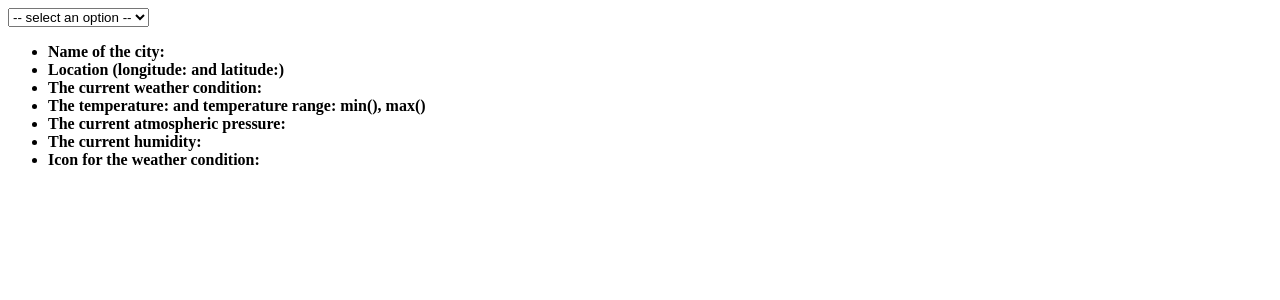
Repository: pesca506/Weather-Station-Test
Page: http://localhost/WeatherStationTest/WEB-INF/JSP/WeatherStationView.jsp
An editor plug-in stored every save of this project. The page is shown before and after the next save, followed by the edit.
The browser window is 1280 px wide. The pictures show the whole page.
The page is served by Tomcat 9. Nobody is signed in. Other server files are loaded and not shown. The template is opened directly, without the code that normally fills it, so the values that code supplies are empty.

Above is the page before, as saved 2015-06-09 01:12:07.

### WeatherStationTest/Web/WEB-INF/JSP/WeatherStationView.jsp
<%@ page language="java" contentType="text/html; charset=UTF-8" pageEncoding="UTF-8"%>
<%@ taglib prefix="c" uri="http://java.sun.com/jsp/jstl/core"%>
<%@ taglib prefix="form" uri="http://www.springframework.org/tags/form"%>
<!DOCTYPE html>
<html>
<head>
<meta http-equiv="Content-Type" content="text/html; charset=UTF-8">

<script type="text/javascript" src='<c:url value="/libs/jQuery/jquery1.0.8.min.js"></c:url>'></script>
<script type="text/javascript" src='<c:url value="/general/js/constant/Constant.js"></c:url>'></script>
<script type="text/javascript" src='<c:url value="/views/WeatherStationView/js/WeatherStationViewModel.js"></c:url>'></script>
<script type="text/javascript" src='<c:url value="/views/WeatherStationView/js/WeatherStationViewController.js"></c:url>'></script>
<script type="text/javascript" src='<c:url value="/views/WeatherStationView/js/WeatherStationView.js"></c:url>'></script>
<link href='<c:url value="/views/WeatherStationView/css/WeatherStationView.css"></c:url>' rel="stylesheet">

<title>WeatherStationView</title>
</head>
<body>

	<div class="center" >
		<select id="cities">
			<option disabled selected> -- select an option -- </option>
			<option value="london">London</option>
			<option value="luton">Luton</option>
			<option value="manchester">Manchester</option>
			<option value="birmingham">Birmingham</option>
		</select>

		<ul id="detailCity">
			<li>Name of the city: <span id="name"></span></li>
			<li>Location (longitude: <span id="latitude"></span> and latitude:<span id="longitude"></span>)</li>
			<li>The current weather condition: <span id="weatherCondition"></span> </li>
 			<li>The temperature: <span id="temperature"></span> and temperature range: min(<span id="temperature_min"></span>), max(<span id="temperature_max"></span>)</li>
 			<li>The current atmospheric pressure: <span id="atmosphericPressure" ></span></li>
			<li>The current humidity: <span id="humidity"></span></li>
			<li class="iconWeatherCondition">Icon for the weather condition:</li><span><img id="iconWeatherCondition" src=""></span>
		</ul>
	</div>

	<script type="text/javascript">
		$(document).ready(function(){
		  var weatherStationView = new WeatherStationView();
	    });
	</script>

</body>
</html>

### WeatherStationTest/Web/general/js/constant/Constant.js
Constant = {
		server: {
			url: 'http://localhost:8080/WeatherStationTest/'
		}
}

### WeatherStationTest/Web/views/WeatherStationView/js/WeatherStationViewModel.js
var WeatherStationViewModel = function(view){
	this.view = view;

	this.params = {
		urlIcons: 'http://openweathermap.org/img/w/'
	};
	this.services = {
		consultCityWeather: 'consultCityWeather'
	};

	this.consultCityWeather = function(name){
		var model = this;
		$.ajax({
			url: Constant.server.url+this.services.consultCityWeather,
			data:{
				name: name
			},
			type: 'POST',
			dataType: 'json',
			success: function(json){
				var cityJson = $.parseJSON(json);

				$("#name").html(cityJson.name);
				$("#latitude").html(cityJson.coord.lat);
				$("#longitude").html(cityJson.coord.lon);
				if(cityJson.weather[0]){
					$("#weatherCondition").html(cityJson.weather[0].description);
					$('#iconWeatherCondition').attr("src", model.params.urlIcons+cityJson.weather[0].icon+'.png');
				}
				$("#temperature").html(cityJson.main.temp);
				$("#temperature_min").html(cityJson.main.temp_min);
				$("#temperature_max").html(cityJson.main.temp_max);
				$("#atmosphericPressure").html(cityJson.main.humidity);
				$("#humidity").html(cityJson.main.humidity);
			}
		});
	}
}

### WeatherStationTest/Web/views/WeatherStationView/js/WeatherStationViewController.js
var WeatherStationViewController = function(view, model){
	this.view = view;
	this.model = model;

	this.onChangeCity = function(name){
		this.model.consultCityWeather.call(this.model, name);
	}
}

### WeatherStationTest/Web/views/WeatherStationView/js/WeatherStationView.js
var WeatherStationView = function(){
	this.model = new WeatherStationViewModel(this);
	this.controller = new WeatherStationViewController(this, this.model);

	var view = this;
	$('#cities').change(function(){view.controller.onChangeCity.call(view, $(this).val())});
}

### WeatherStationTest/Web/views/WeatherStationView/css/WeatherStationView.css
.center{
	display: block;
    margin-left: auto;
    margin-right: auto;
}

.center li{
	font-weight: bold;
}
.center li span{
	font-weight:normal;
	color: #32B579;
}

.liIconWeatherCondition{
	float: left;
}

Loaded but not shown: WeatherStationTest/Web/general/js/lib/jQuery/jquery1.0.8.min.js (library)

After the next save:
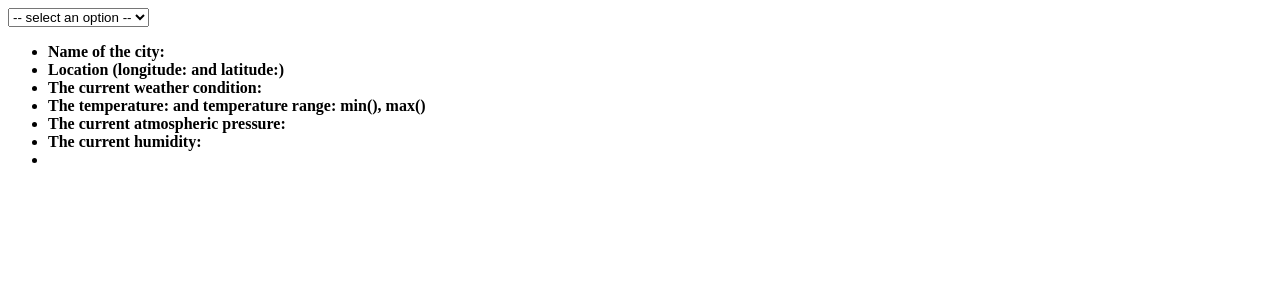
Saved 11 s later.
--- a/WeatherStationTest/Web/WEB-INF/JSP/WeatherStationView.jsp
+++ b/WeatherStationTest/Web/WEB-INF/JSP/WeatherStationView.jsp
@@ -33,7 +33,7 @@
  			<li>The temperature: <span id="temperature"></span> and temperature range: min(<span id="temperature_min"></span>), max(<span id="temperature_max"></span>)</li>
  			<li>The current atmospheric pressure: <span id="atmosphericPressure" ></span></li>
 			<li>The current humidity: <span id="humidity"></span></li>
-			<li class="iconWeatherCondition">Icon for the weather condition:</li><span><img id="iconWeatherCondition" src=""></span>
+			<li class="liIconWeatherCondition>Icon for the weather condition:</li><span><img id="iconWeatherCondition" src=""></span>
 		</ul>
 	</div>
 

After the save that followed:
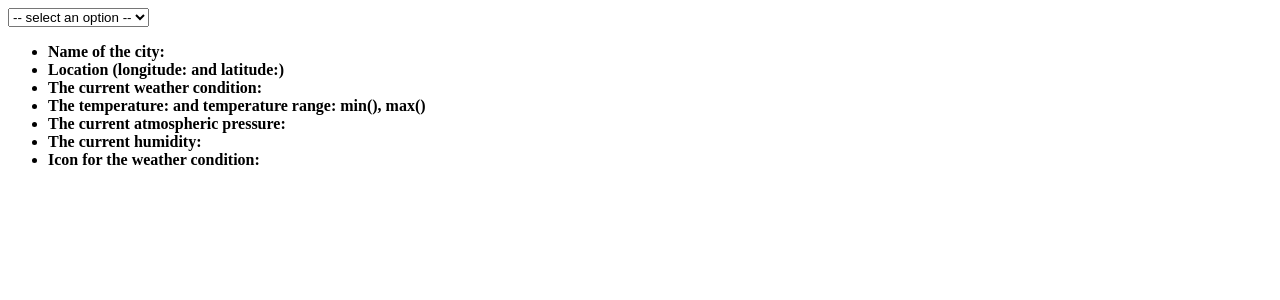
Saved 10 s later.
--- a/WeatherStationTest/Web/WEB-INF/JSP/WeatherStationView.jsp
+++ b/WeatherStationTest/Web/WEB-INF/JSP/WeatherStationView.jsp
@@ -33,7 +33,7 @@
  			<li>The temperature: <span id="temperature"></span> and temperature range: min(<span id="temperature_min"></span>), max(<span id="temperature_max"></span>)</li>
  			<li>The current atmospheric pressure: <span id="atmosphericPressure" ></span></li>
 			<li>The current humidity: <span id="humidity"></span></li>
-			<li class="liIconWeatherCondition>Icon for the weather condition:</li><span><img id="iconWeatherCondition" src=""></span>
+			<li class="liIconWeatherCondition">Icon for the weather condition:</li><span><img id="iconWeatherCondition" src=""></span>
 		</ul>
 	</div>
 
